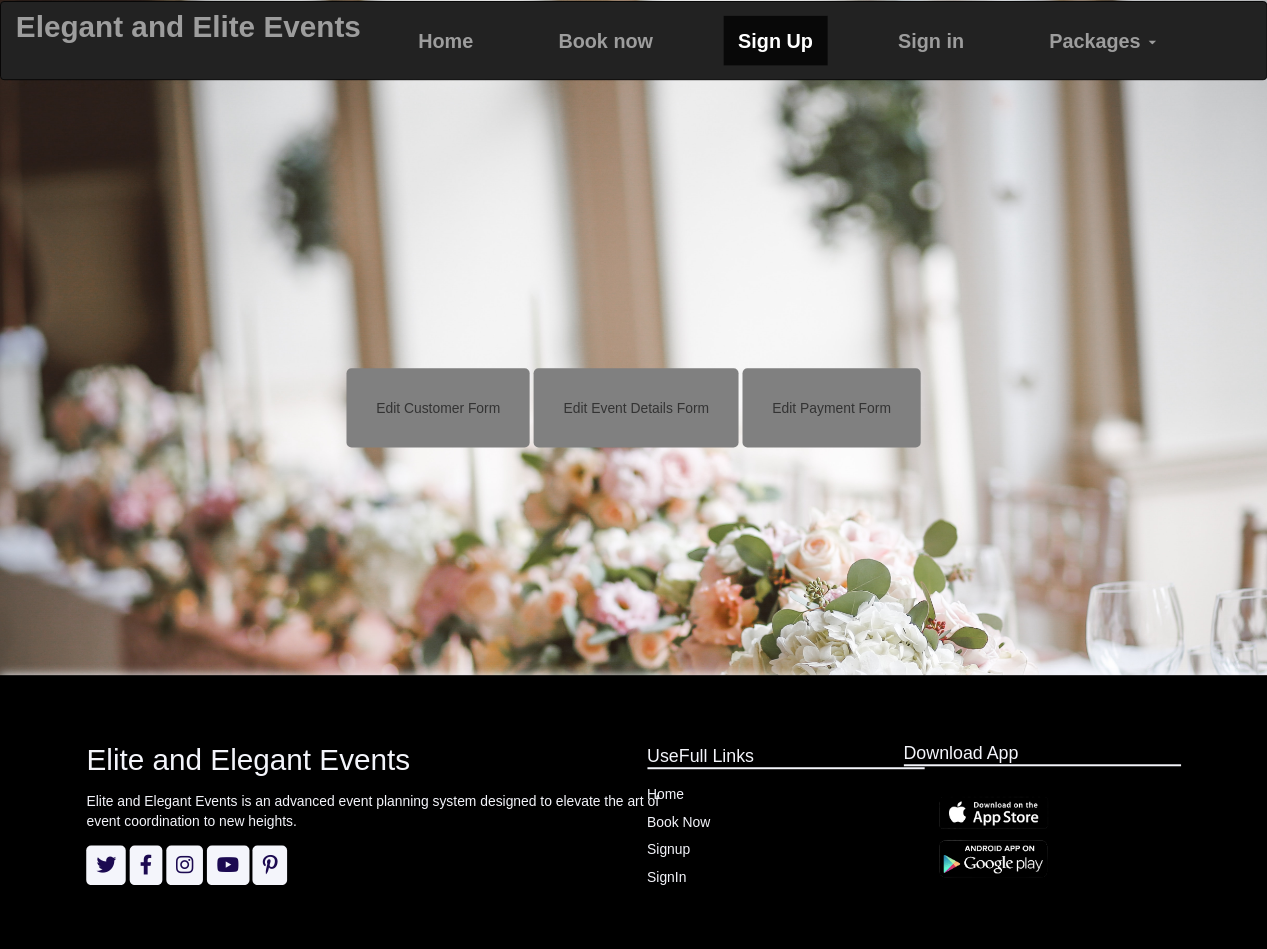
Repository: it22272690/Event-Planning-System
Page: http://localhost/PaymentDemo/useraccount.jsp
These files come from the project's save history. The page is drawn as it stood at one moment and after the next save; the edit follows.
The browser window is 1280 px wide. The pictures show the whole page, at 99% of full size.
Some web fonts or font styles are not loaded; a fallback is used. The page is served by Tomcat 10. Other server files are loaded and not shown.

Above is the page before, as saved 2023-10-24 09:06:47.

### PaymentDemo/src/main/webapp/useraccount.jsp
<%@ page language="java" contentType="text/html; charset=ISO-8859-1"
    pageEncoding="ISO-8859-1"%>
<!DOCTYPE html>
<html>
<head>
    <meta charset="UTF-8">
    <meta name="viewport" content="width=device-width, initial-scale=1.0">
    <title>User Profile</title>

    <link rel="stylesheet" type="text/css" href="css\useraccount.css">
    <link rel="stylesheet" type="text/css" href="css\home.css">
   <title>Bootstrap Example</title>
        <meta charset="utf-8">
        <meta name="viewport" content="width=device-width, initial-scale=1">
        <link rel="stylesheet" href="https://maxcdn.bootstrapcdn.com/bootstrap/3.4.1/css/bootstrap.min.css">
        <script src="https://ajax.googleapis.com/ajax/libs/jquery/3.6.4/jquery.min.js"></script>
        <script src="https://maxcdn.bootstrapcdn.com/bootstrap/3.4.1/js/bootstrap.min.js"></script>
         <!-- Style Css Link -->
    <link rel="stylesheet" href="css/footer.css">
    <!-- Style Css Link -->

    <!-- Font Awesome Cdn -->
    <link rel="stylesheet" href="https://cdnjs.cloudflare.com/ajax/libs/font-awesome/6.4.0/css/all.min.css">
    <!-- Font Awesome Cdn -->

    <!-- Google Font links -->
    <link rel="preconnect" href="https://fonts.googleapis.com">
    <link rel="preconnect" href="https://fonts.gstatic.com" crossorigin>
    <link href="https://fonts.googleapis.com/css2?family=Josefin+Sans:wght@500&display=swap" rel="stylesheet">
    <!-- Google Font links -->
    </head>
    <body>
     <style>

        body {
            font-family: 'Times New Roman';
            background-color: #f0f0f0;
            text-align: center;
            background-image: url("images/useraccount.jpg");
            background-size: cover
        }
    </style>
        <header>

            <nav class="navbar navbar-inverse">

                <div class="container-fluid">
                    <div class="navbar-header">

                        <a class="navbar-brand" href="#"><b style="font-size:30px;">Elegant and Elite Events</b></a>

                    </div>
                    <ul class="nav navbar-nav">

                        <li><a href="Home.jsp">Home</a></li>
                        <li><a href="Navigate.jsp">Book now</a></li>
                        <li class="active"><a href="Signup.jsp">Sign Up</a></li>
                        <li><a href="Signin.jsp">Sign in</a></li>
                        <li class="dropdown"> <!-- Dropdown Menu -->
                        <a href="#" class="dropdown-toggle" data-toggle="dropdown">Packages <span class="caret"></span></a>
                        <ul class="dropdown-menu">
                            <li class="center-text"><a href="#">Food and Beverages</a></li>
                            <li class="center-text"><a href="#">Decorations</a></li>
                            <li class="center-text"><a href="#">Entertainment</a></li>
                            <li class="center-text"><a href="#">Hotels</a></li>

                            </ul>
                            </li>


                    </ul>
                </div>
            </nav>

        </header>
    </head>
    <body>
        <br><br>
        <div class="container">

            <div class="user-info">

                <!-- Display user information here (e.g., name, email, etc.) -->
            </div>
            <div class="user-actions">
                <button id="edit-customer">Edit Customer Form</button>
                <button id="edit-event">Edit Event Details Form</button>
                <button id="edit-payment">Edit Payment Form</button>
            </div>
        </div>
       <footer id="footer">
    <div class="footer-content">
        <div class="row" id="row1">
            <a href="#" id="footer-logo">Elite and Elegant Events</a>
            <p>Elite and Elegant Events is an advanced event planning system designed to elevate the art of event coordination to new heights.</p>
            <div class="socail-links">
                <i class="fa-brands fa-twitter"></i>
                <i class="fa-brands fa-facebook-f"></i>
                <i class="fa-brands fa-instagram"></i>
                <i class="fa-brands fa-youtube"></i>
                <i class="fa-brands fa-pinterest-p"></i>
            </div>
        </div>
        <div class="row" id="row2">
            <h3>UseFull Links</h3>
            <ul>
                <li><a href="#">Home</a></li>
                <li><a href="#">Book Now</a></li>
                <li><a href="#">Signup</a></li>
                <li><a href="#">SignIn</a></li>

            </ul>
        </div>

        <div class="row" id="row4">
            <h3>Download App</h3>
            <img src="images/app.png" alt="foot">
        </div>
    </div>
</footer>
    </body>
</html>

### PaymentDemo/src/main/webapp/css/useraccount.css
body {
    font-family: Arial, sans-serif;
    background-color: #f2f2f2;
    margin: 0;
    padding: 0;
    background-image: url("userprofile.jpg");
}

.container {
    max-width: 700px;
    margin: 0 auto;
    padding: 200px;
    border-radius: 10px;
}

h1 {
    text-align: center;
}

.user-info {
    margin: 20px 0;
}

.user-actions {
    text-align: center;
    margin: 30px;
}

button {
    padding: 30px 30px;
    background-color: #808080;
    color: #fff;
    border: none;
    border-radius: 5px;
    cursor: pointer;
    margin: 30px; /* Increase the margin for more space between buttons */

}

button:hover {
    background-color: #c6d0db;
}

footer {
    background-color: #222; /* Dark background for footer */
    padding: 10px;
    text-align: left;
}

.contact, .social-media {
    display: inline-block;
    margin: 0 20px;
    text-align: left;
    color: #fff;
}

.social-media a {
    color: #fff;
    text-decoration: none;
    margin: 5px;
    text-align: left;
}

### PaymentDemo/src/main/webapp/css/home.css

.button {
    display: inline-block;
    padding: 10px 20px;
    background-color: #D2691E;
    color: #fff;
    text-decoration: none;
    border-radius: 10px;
    margin-right: 10px;
}

body {
    font-family: 'Courier New';
    margin: 0;
    padding: 0;
    background-color: #FFE4B5;
    color: #fff;
}

header {
    display: flex;
    font-family: Arial;
    font-size: 20px;
    align-items: center;

    padding: 1px 0;
    justify-content: space-between; /* Center buttons horizontally */
}

    header img {
        width: 100px; /* Adjust the width as needed */
        height: auto; /* Preserve the aspect ratio */
        margin-left: 20px; /* Add some left margin to the logo */
    }

nav ul {
    list-style-type: none;
    padding: 0;
    text-align: center; /* Center buttons vertically */
}

    nav ul li {
        display: inline;
        float: right;
        display: block;
        color: white;
        padding: 14px 18px;
        text-decoration: none;
    }

        nav ul li a {
            color: #fff;
            text-decoration: none;
            font-weight: bold;
            margin: 0 10px; /* Add some horizontal spacing between the buttons */
        }

.services {
    display: flex;
    flex-wrap: wrap;
    justify-content: center;
    margin: 20px auto;
    max-width: 1200px;
    color: #8B4513; /* Set the text color to white for visibility */
}

.service {
    background-color: #fff;
    border: 1px solid #FF4500; /* Slightly darker border */
    border-radius: 5px;
    padding: 20px;
    margin: 10px;
    text-align: center;
    width: calc(33.33% - 20px);
}

footer {
    background-color: #222; /* Dark background for footer */
    padding: 20px;
    text-align: left;
}

.contact, .social-media {
    display: inline-block;
    margin: 0 20px;
    text-align: left;
    color: #fff;
}

    .social-media a {
        color: #fff;
        text-decoration: none;
        margin: 5px;
        text-align: left;
    }

/* Add this CSS to style the search bar */
.search-section {
    display: flex;
    align-items: center;
}

.search-bar {
    padding: 10px;
    border: 1px solid #ccc;
    border-radius: 5px;
    margin-right: 10px;
    width: 200px; /* Adjust the width as needed */
    outline: none; /* Remove the outline on focus */
}

    .search-bar::placeholder {
        color: #999; /* Placeholder text color */
    }

.search-button {
    background-color: #D2691E;
    color: #fff;
    padding: 10px 20px;
    border: none;
    border-radius: 5px;
    cursor: pointer;
    font-weight: bold;
}

### PaymentDemo/src/main/webapp/css/footer.css
*{
    margin: 0;
    padding: 0;
    box-sizing: border-box;
    text-decoration: none;
    list-style: none;
    scroll-behavior: smooth;
    font-family: 'Josefin Sans', sans-serif;
}
html::-webkit-scrollbar-track{
    background: transparent;
}
html::-webkit-scrollbar-thumb{
    background: #f4f5fb;
    border-radius: 10px;
}
html::-webkit-scrollbar{
    width: 10px;
}
body{
    background: #fff;
}


/* Footer Start */
#footer{
    width: 100%;
    padding: 50px 8% 50px;
    background-color: black;
    box-shadow: 10px 10px 10px 10px #f4f5fb;
}
.footer-content{
    display: grid;
    grid-template-columns: repeat(auto-fit, minmax(250px, auto));
    align-items: center;
    gap: 0.90rem;
}
#footer #row1{
    position: relative;
    overflow: hidden;
}
#footer #row1 #footer-logo{
    font-size: 30px;
    color: #f4f5fb;
}
#footer #row1 p{
    color: #f4f5fb;
    margin-top: 10px;
}
.socail-links{
    margin-top: 15px;
}
.socail-links i{
    color: #1c0a51;
    background: #f4f5fb;
    font-size: 20px;
    padding: 10px;
    border-radius: 5px;
    cursor: pointer;
}
#row2 h3{
    font-size: 18px;
    color: #f4f5fb;
    border-bottom: 2px solid #f4f5fb;
}
#row2 ul{
    margin-top: 15px;
}
#row2 ul li{
    margin-top: 8px;
}
#row2 ul li a{
    color: #f4f5fb;
    transition: 0.5s ease;
}
#row2 li a:hover{
    border-bottom: 1px solid #f4f5fb;
}
#row3 h3{
    font-size: 18px;
    color: #f4f5fb;
    border-bottom: 2px solid #f4f5fb;
}
#row3 ul{
    margin-top: 15px;
}
#row3 ul li{
    margin-top: 8px;
}
#row3 ul li a{
    color: #f4f5fb;
    transition: 0.5s ease;
}
#row3 li a:hover{
    border-bottom: 1px solid #f4f5fb;
}
#row4 h3{
    font-size: 18px;
    color: #f4f5fb;
    border-bottom: 2px solid #f4f5fb;
}
#row4 img{
    width: 180px;
    cursor: pointer;
}
/* Footer End */

After the next save:
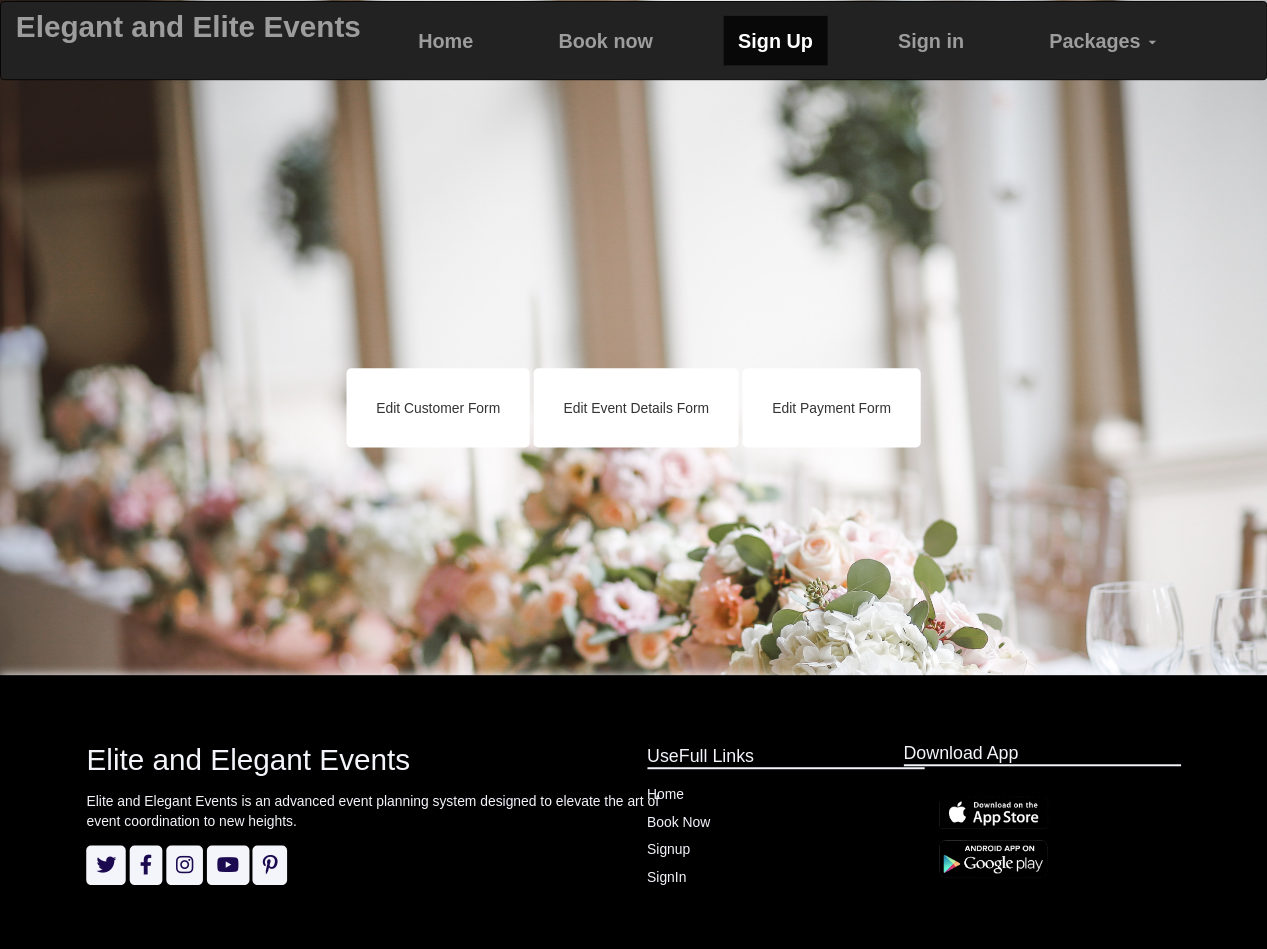
Saved 109 s later.
--- a/PaymentDemo/src/main/webapp/css/useraccount.css
+++ b/PaymentDemo/src/main/webapp/css/useraccount.css
@@ -1,6 +1,6 @@
 body {
     font-family: Arial, sans-serif;
-    background-color: #f2f2f2;
+    background-color: rgb(128, 128, 128);
     margin: 0;
     padding: 0;
     background-image: url("userprofile.jpg");
@@ -28,7 +28,7 @@ h1 {
 
 button {
     padding: 30px 30px;
-    background-color: #808080;
+    background-color: rgb(255, 255, 255);
     color: #fff;
     border: none;
     border-radius: 5px;
